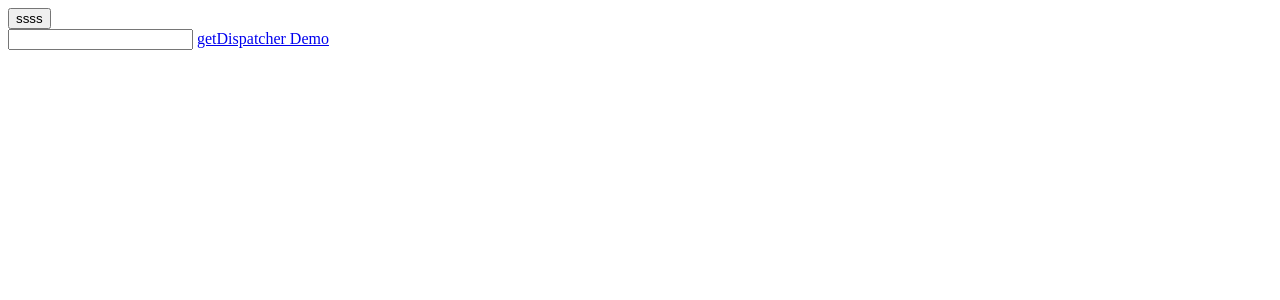
Repository: sreedhark-paycorp/servletcrudoperation
Page: servlet-trails/src/main/webapp/index.html
These files come from the project's save history. The page is drawn as it stood at one moment and after the next save; the edit follows.
The browser window is 1280 px wide. The pictures show the whole page.

Above is the page before, as saved 2024-03-23 13:46:10.

### servlet-trails/src/main/webapp/index.html
<!DOCTYPE html>
<html>
<head>
<meta charset="UTF-8">
<title>Insert title here</title>
</head>
<body>
<form action="first">
<button>ssss</button>
</form>
<input type = "text" name="param" >
<a href="first">getDispatcher Demo</a>
</body>
</html>

After the next save:
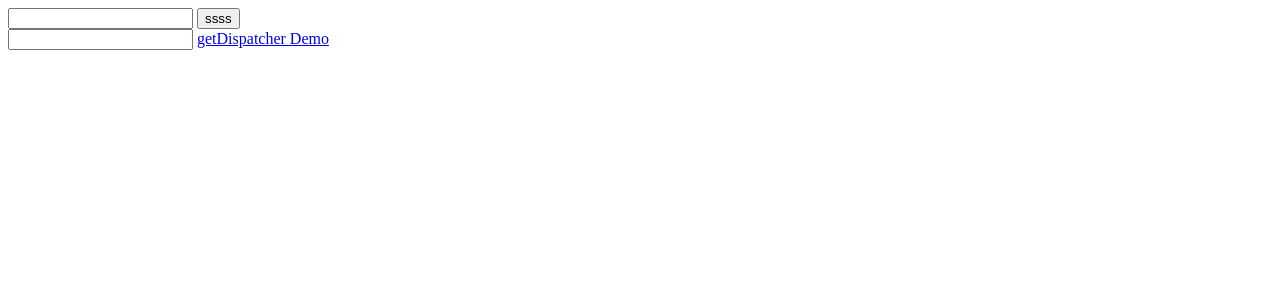
Saved 83 s later.
--- a/servlet-trails/src/main/webapp/index.html
+++ b/servlet-trails/src/main/webapp/index.html
@@ -6,6 +6,7 @@
 </head>
 <body>
 <form action="first">
+<input type = "text" name="param" >
 <button>ssss</button>
 </form>
 <input type = "text" name="param" >
